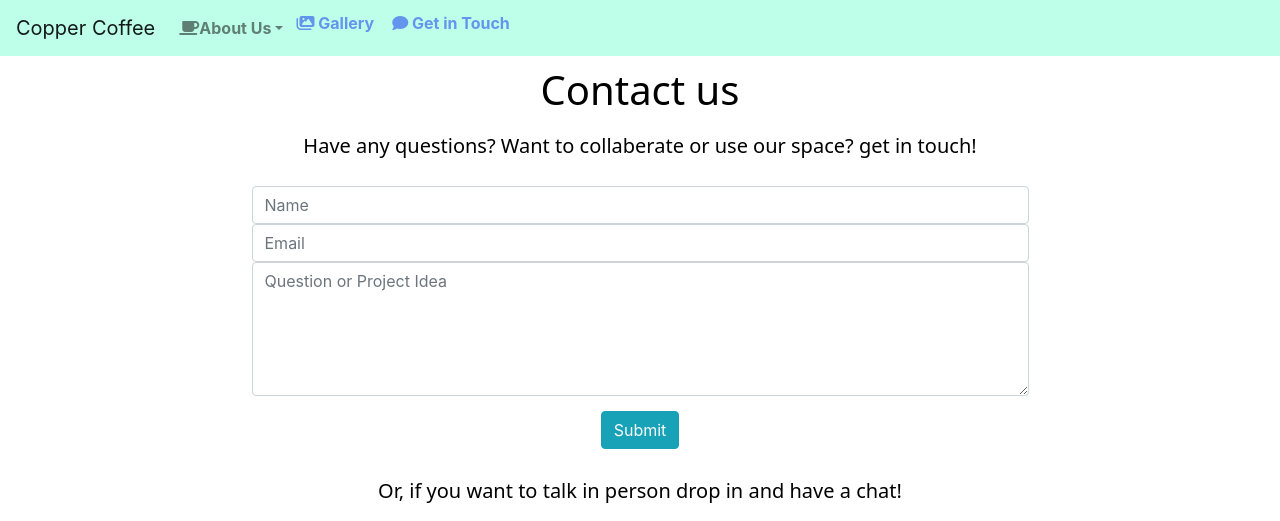
Repository: Matt-F90/milestone
Page: contact.html
The author's editor kept a record of every edit. The page is drawn from the files as they stood at one moment, then again after the next edit.
The browser window is 1280 px wide. The pictures show the part of the page from y = 0 to 521 px (the page is 1112 px tall).
Pictures or frames that could not be fetched are drawn as grey boxes. Some web libraries are served in a nearby version.

Above is the page before.
Console error: TypeError: Cannot read properties of undefined (reading 'fn')

After the next edit:
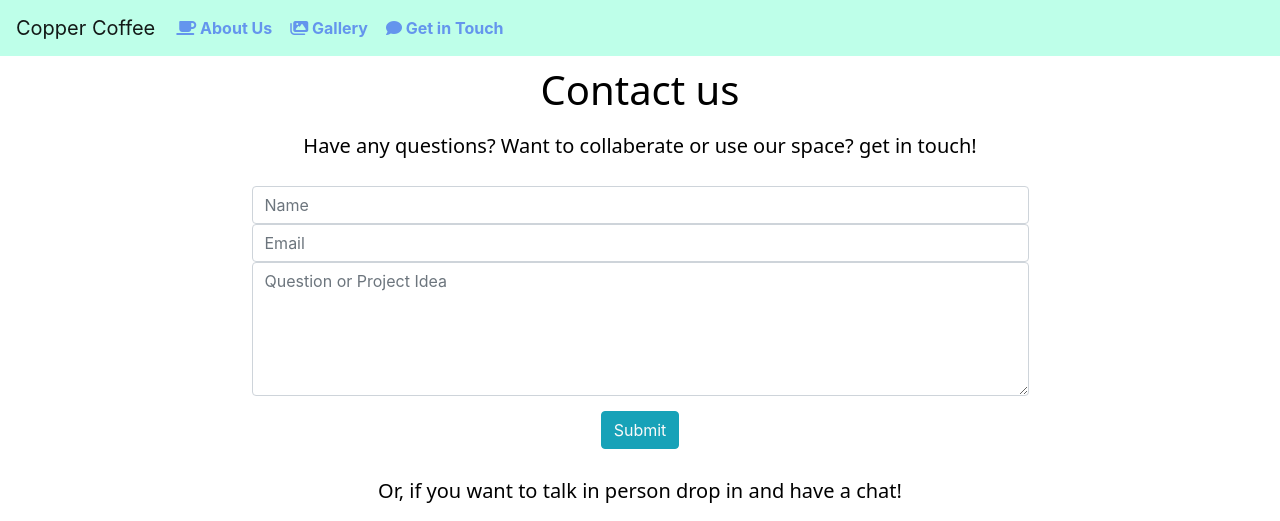
The edit:
--- a/contact.html
+++ b/contact.html
@@ -28,14 +28,7 @@
 
             <div class="collapse navbar-collapse" id=navbarNavDropdown>
                 <ul class="navbar-nav mr-auto">
-                    <li class="nav-item dropdown">
-                        <a class="nav-link dropdown-toggle" href="about.html" id="navbarDropdownMenuLink" role="button" data-toggle="dropdown" aria-haspopup="true" aria-expanded="false"><i class="fas fa-coffee"></i>About Us</a>
-                        <div class="dropdown-menu" aria-labelledby="navbarDropdownMenuLink">
-                            <a class="dropdown-item" href="#">Our Story</a>
-                            <a class="dropdown-item" href="#">Meet the Team</a>
-                            <a class="dropdown-item" href="#">Find the Store</a>
-                        </div>
-                    </li>
+                    <li class="nav-item mr-2"><a class "nav-link" href="about.html"><i class="fas fa-coffee"></i> About Us</a></li>
                     <li class="nav-item mr-2"><a class "nav-link" href="gallery.html"><i class="fas fa-images"></i> Gallery</a></li>
                     <li class="nav-item mr-2"><a class "nav-link" href="contact.html"><i class="fas fa-comment"></i> Get in Touch</a></li>
                 </ul>
